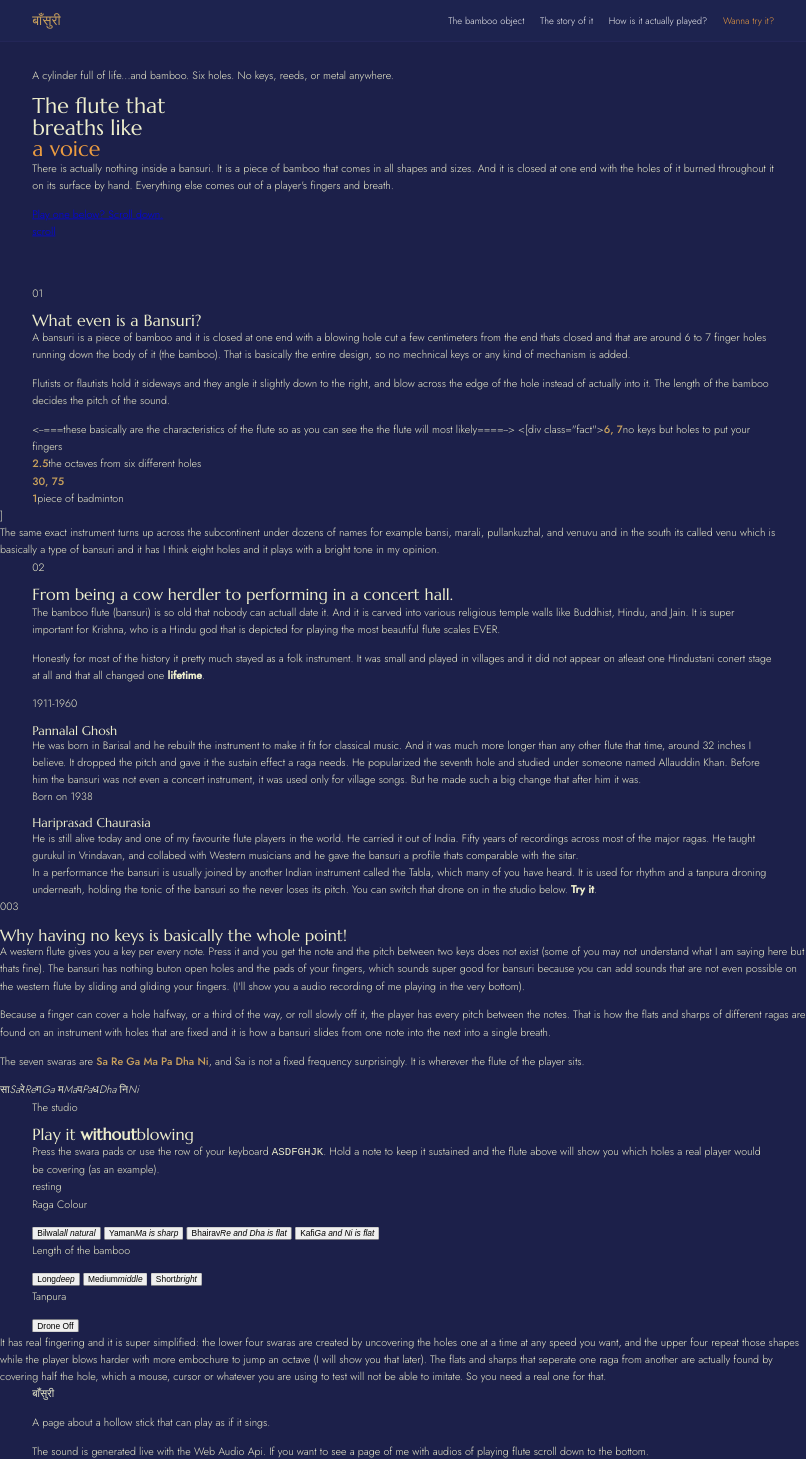
Repository: manayparikh1/Bansi
Page: index.html
An editor plug-in stored every save of this project. The page is shown before and after the next save, followed by the edit.
The browser window is 1280 px wide. The pictures show the whole page, at 63% of full size.

Above is the page before, as saved 2026-09-19 22:43:28.

After the next save:
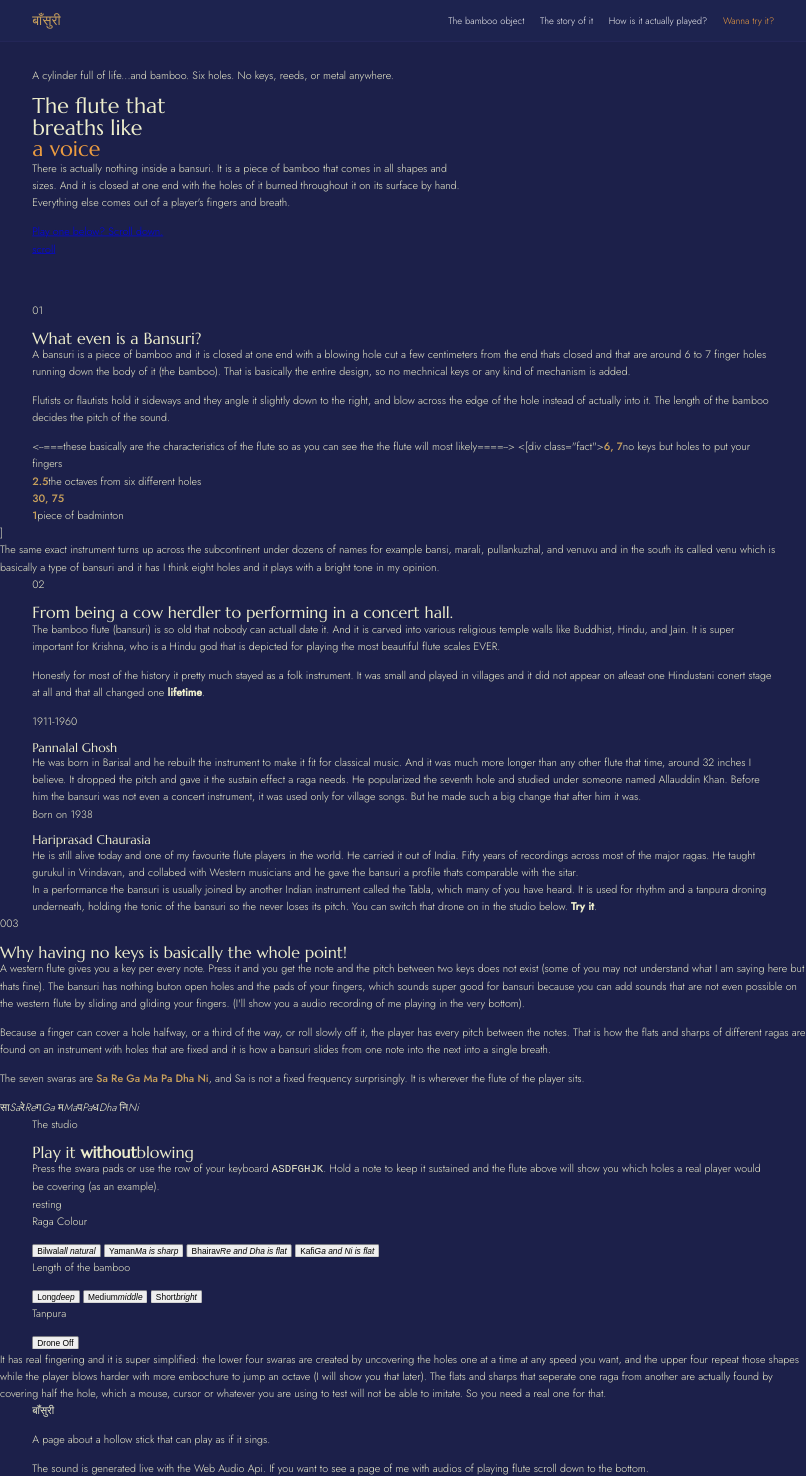
Saved 3 min 9 s later.
--- a/style.css
+++ b/style.css
@@ -145,3 +145,7 @@ so !important is added to override any other styles that may be applied to it. *
         radial-gradient(1100px 620px at 78% 22%, rgba(35, 42, 92, 0.85) 0%, transparent 70%),
         radial-gradient(760px 423px at 8% 85%, rgba(31, 165, 160, 0.1), transparent 70%),
 }
+
+.hero-inner {
+    max-width: 680px;
+}
